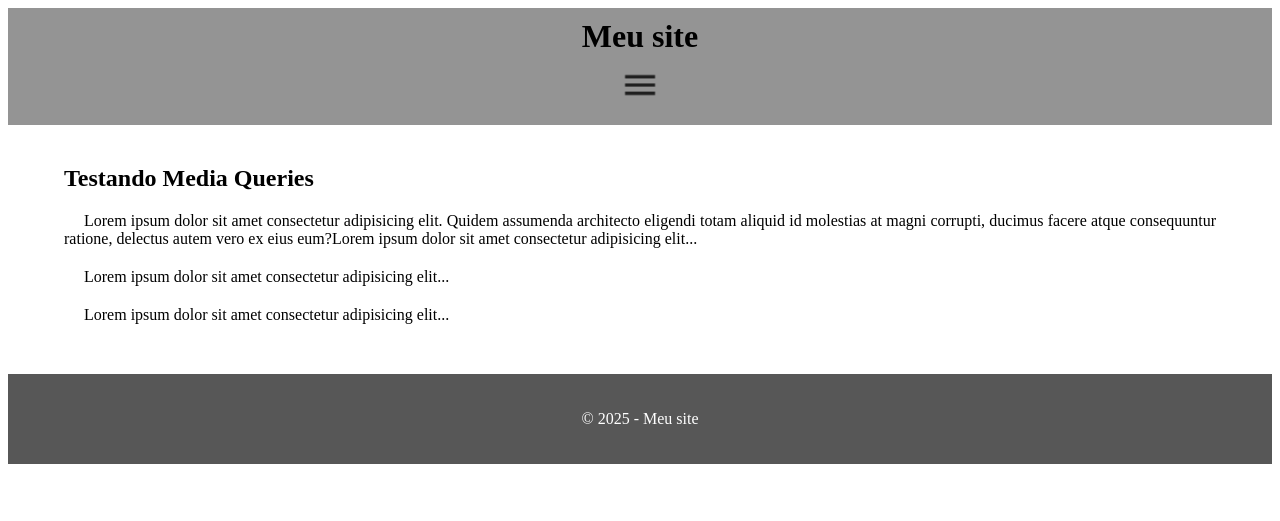
Repository: Sandro1969-tech/menu-hamburger
Page: index.html
The author's editor kept a copy of each file at every save. The page is drawn from the files as they stood at one save, then again after a run of saves.
The browser window is 1280 px wide. The pictures show the whole page.

Above is the page before, as saved 2025-12-25 19:41:40.

### index.html
<!DOCTYPE html>
<html lang="pt-br">
<head>
  <meta charset="UTF-8">
  <meta name="viewport" content="width=device-width, initial-scale=1.0">
  <title>Media Queries</title>
  <style>
    .menu-icon {
      display: block;
      margin: 10px auto;
      width: 40px;
      cursor: pointer;
    }
    .menu-icon:hover {
      filter: invert(100%);
    }
    header {
      background-color: rgb(148, 148, 148);
      padding: 10px;
      text-align: center;
    }
    header h1 {
      margin: 0;
    }

    /* Menu escondido por padrão */
    #menu {
      display: none;
    }

    menu > ul {
      list-style-type: none;
      margin: 0;
      padding: 0;
    }

    menu a {
      display: block;
      padding: 10px;
      text-decoration: none;
      background-color: rgb(87,87,87);
      text-align: center;
      color: white;
      border-top: 2px solid grey;
    }

    menu > ul > li:hover a {
      background-color: rgba(119, 136, 153, 0.459);
    }

    main {
      width: 90vw;
      background-color: white;
      margin: auto;
      margin-top: 10px;
      padding: 10px;
      border-radius: 10px;
    }

    article > p {
      text-align: justify;
      margin-bottom: 20px;
      text-indent: 20px;
    }

    footer {
      background-color: rgb(87,87,87);
      color: white;
      text-align: center;
      padding: 20px;
      margin-top: 20px;
    }
  </style>
</head>
<body>
  <header>
    <h1>Meu site</h1>
    <!-- Ícone chama a função -->
    <img src="image/iconmenu.png" alt="Menu" class="menu-icon" onclick="clickMenu()">

    <!-- Menu com lista -->
    <menu id="menu">
      <ul>
        <li><a href="#">Opção 1</a></li>
        <li><a href="#">Opção 2</a></li>
        <li><a href="#">Opção 3</a></li>
        <li><a href="#">Opção 4</a></li>
        <li><a href="#">Opção 5</a></li>
      </ul>
    </menu>
  </header>

  <main>
    <article>
      <h2>Testando Media Queries</h2>
      <p>Lorem ipsum dolor sit amet consectetur adipisicing elit. Quidem assumenda architecto eligendi totam aliquid id molestias at magni corrupti, ducimus facere atque consequuntur ratione, delectus autem vero ex eius eum?Lorem ipsum dolor sit amet consectetur adipisicing elit...</p>
      <p>Lorem ipsum dolor sit amet consectetur adipisicing elit...</p>
      <p>Lorem ipsum dolor sit amet consectetur adipisicing elit...</p>
    </article>
  </main>

  <footer>
    <p>© 2025 - Meu site</p>
  </footer>

  <!-- Script no final -->
  <script>
    function clickMenu() {
      const menu = document.getElementById('menu');
      if (menu.style.display === 'block') {
        menu.style.display = 'none';
      } else {
        menu.style.display = 'block';
      }
    }
  </script>
</body>
</html>

After the next 2 saves:
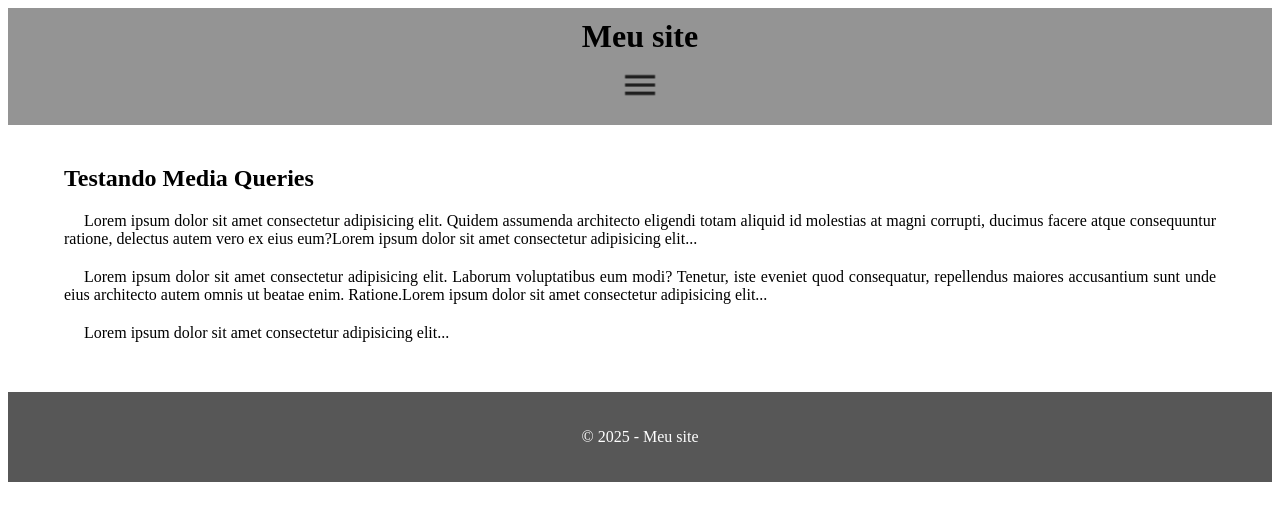
The 2 saves are shown as one change because they came seconds apart.
The last was saved 7 s later.
--- a/index.html
+++ b/index.html
@@ -94,7 +94,7 @@
     <article>
       <h2>Testando Media Queries</h2>
       <p>Lorem ipsum dolor sit amet consectetur adipisicing elit. Quidem assumenda architecto eligendi totam aliquid id molestias at magni corrupti, ducimus facere atque consequuntur ratione, delectus autem vero ex eius eum?Lorem ipsum dolor sit amet consectetur adipisicing elit...</p>
-      <p>Lorem ipsum dolor sit amet consectetur adipisicing elit...</p>
+      <p>Lorem ipsum dolor sit amet consectetur adipisicing elit. Laborum voluptatibus eum modi? Tenetur, iste eveniet quod consequatur, repellendus maiores accusantium sunt unde eius architecto autem omnis ut beatae enim. Ratione.Lorem ipsum dolor sit amet consectetur adipisicing elit...</p>
       <p>Lorem ipsum dolor sit amet consectetur adipisicing elit...</p>
     </article>
   </main>
